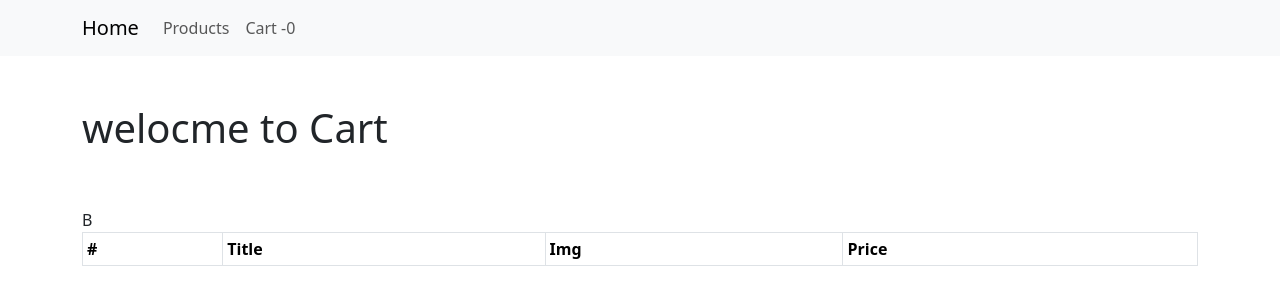
Repository: abdulrahmanmahmood/Basic-Cart-App-Using-Redux-Toolkit
Page: /cart
These files come from the project's save history. The page is drawn as it stood at one moment and after a run of saves; the edit follows.
The browser window is 1280 px wide. The pictures show the whole page.
The project was rebuilt for these pictures with package versions that can differ from the ones it lists, and the page was loaded fresh each time. Also part of the build but not shown: src/App.css, src/components/Produc.js, src/App.js.

Above is the page before, as saved 2023-09-28 21:42:41.

After the next 2 saves:
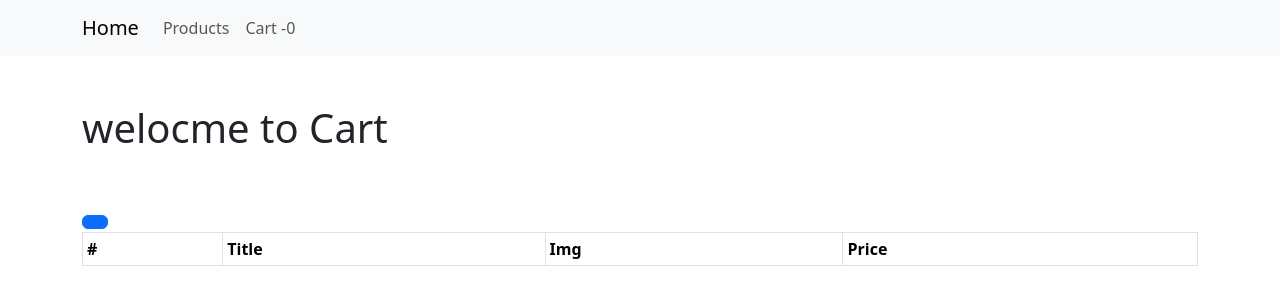
The 2 saves are shown as one change because they came seconds apart.
The last was saved 5 min 32 s later.
--- a/src/components/Cart.js
+++ b/src/components/Cart.js
@@ -9,7 +9,7 @@ function Cart() {
   return (
     <Container>
     <h1 className='py-5'>welocme to Cart</h1>
-    B
+    <Button></Button>
     <Table striped bordered hover size="sm">
       <thead>
         <tr>
